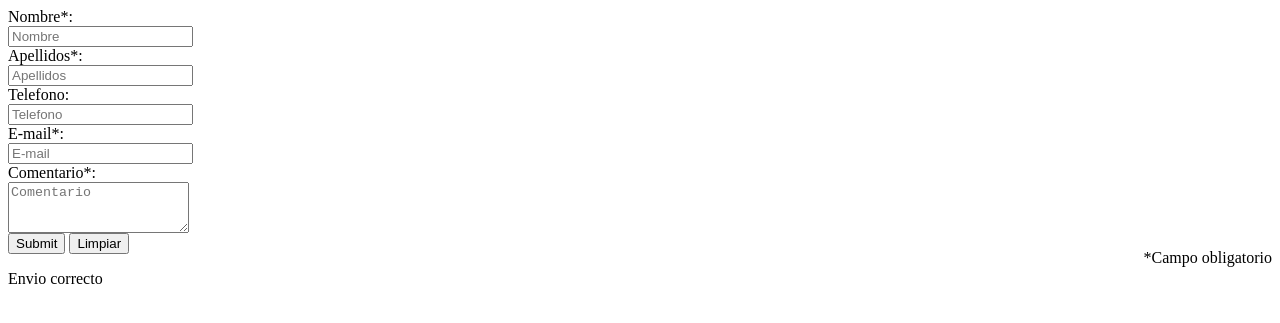
Repository: DiegoGodoy/atletiblue
Page: app/views/contacto.html
The author's editor kept a record of every edit. The page is drawn from the files as they stood at one moment, then again after the next edit.
The browser window is 1280 px wide. The pictures show the whole page.

Above is the page before.

After the next edit:
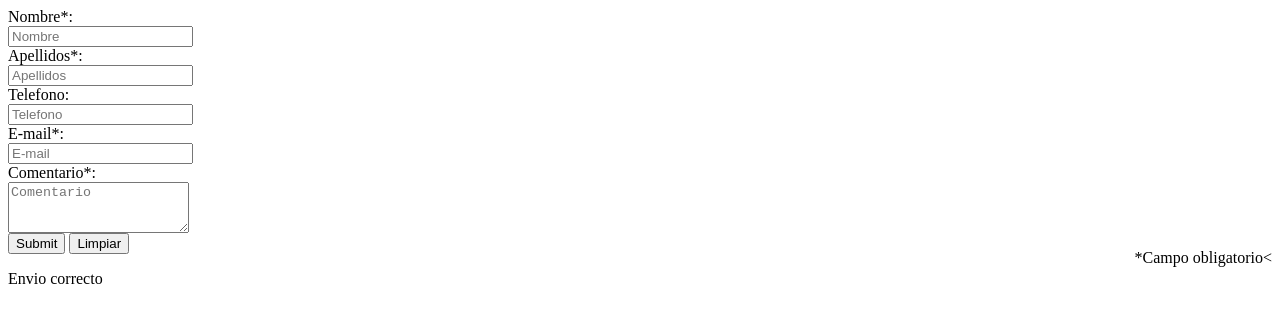
The edit:
--- a/app/views/contacto.html
+++ b/app/views/contacto.html
@@ -43,7 +43,7 @@
                                     <textarea rows="3" class="form-control" placeholder="Comentario" required ng-model="user.comentario"></textarea>
                                 </div>
                             </div>
-                            <p style="float: right">*Campo obligatorio
+                            <p style="float: right;">*Campo obligatorio<
 
                             <br>
                             <div class="form-group">
